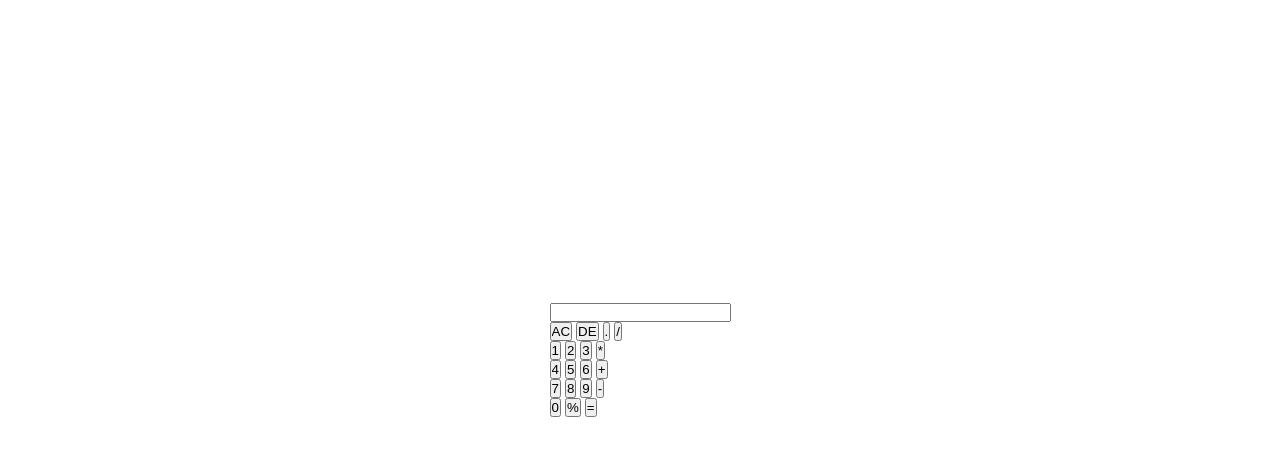
Repository: jerrys-arch/web-calculator
Page: index.html
The author's editor kept a copy of each file at every save. The page is drawn from the files as they stood at one save, then again after the next save.
The browser window is 1280 px wide. The pictures show the whole page.

Above is the page before, as saved 2024-11-30 04:54:09.

After the next save:
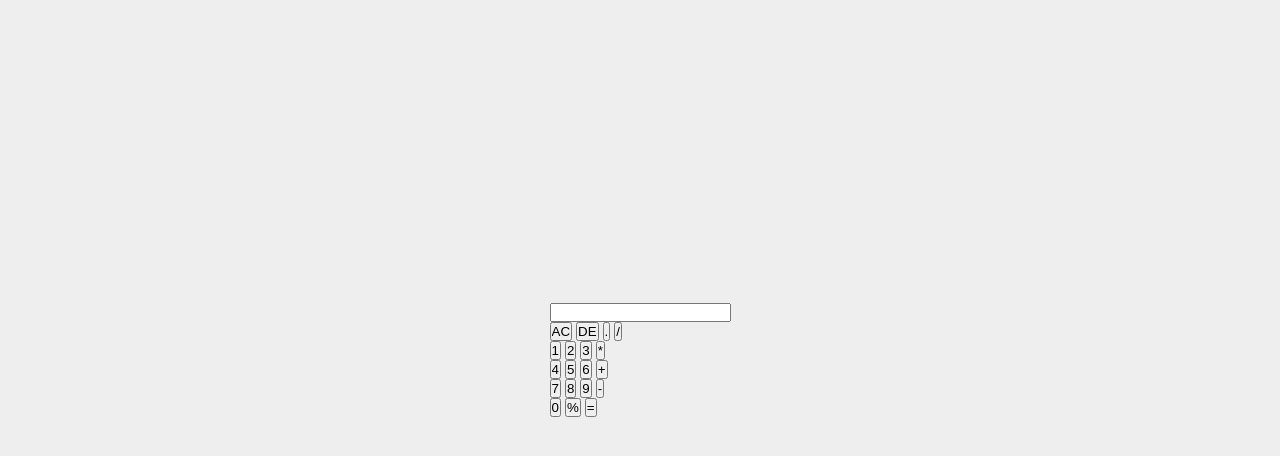
Saved 4 s later.
--- a/styles.css
+++ b/styles.css
@@ -9,5 +9,5 @@
     align-items: center;
     justify-content: center;
     height:100vh;
-    background: ;
+    background: #eee;
 }
